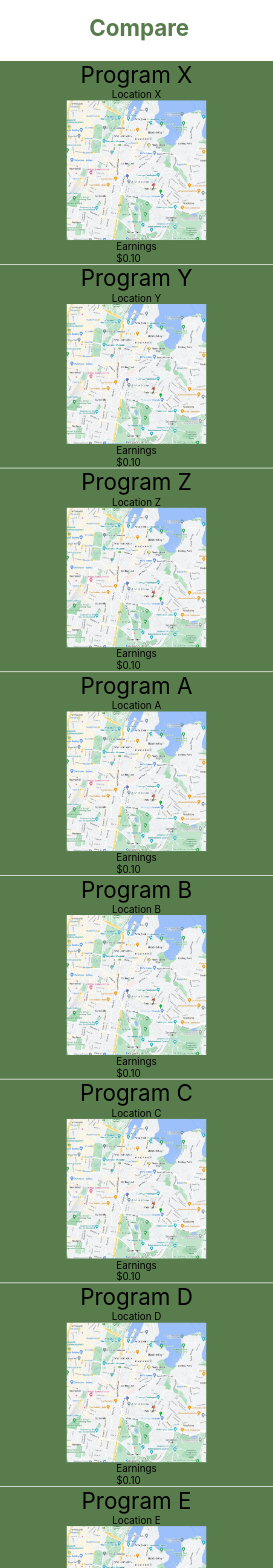
Repository: ct-pham/COMP4511
Screen: / (app in comp4511/)
The author's editor kept a copy of each file at every save. The screen is drawn from the files as they stood at one save, then again after the next save.
The pictures show rows 0 to 2240 of an output 2678 px tall, at 70% of full size.
The app was drawn by React Native's web renderer in a window 390 px wide. The project was rebuilt for these pictures with package versions that can differ from the ones it lists, and the page was loaded fresh each time. Also part of the build but not shown: comp4511/Components/Homepage.js, comp4511/Components/AllEarnings.js, comp4511/Components/ProgramEarnings.js, comp4511/Components/Register.js, comp4511/Components/Login.js.

Above is the screen before, as saved 2022-11-09 19:22:05.

### comp4511/App.js
import React, {useState} from 'react';
import { StatusBar } from 'expo-status-bar';
import { StyleSheet, Text, View } from 'react-native';
import { NavigationContainer } from '@react-navigation/native';
import { createNativeStackNavigator } from '@react-navigation/native-stack';
import Homepage from './Components/Homepage';
import AllEarnings from './Components/AllEarnings';
import ProgramEarnings from './Components/ProgramEarnings';
import Register from './Components/Register';
import Login from './Components/Login';
import Compare from './Components/compareProgram/Compare';

const Stack = createNativeStackNavigator();


export default function App() {
  return (
    // <NavigationContainer>
    //   <Stack.Navigator>
    //     <Stack.Screen name="Register" component={Register} />
    //     <Stack.Screen name="Login" component={Login} />
    //     <Stack.Screen name="Home" component={Homepage}/>
    //     <Stack.Screen name="AllEarnings" component={AllEarnings}/>
    //     <Stack.Screen name="ProgramEarnings" component={ProgramEarnings}/>
    //   </Stack.Navigator>
    // </NavigationContainer>
    <Compare/>
  );
}

### comp4511/Components/compareProgram/Compare.js
import {
    StyleSheet,
    Text,
    SafeAreaView,
    statusBar,
    FlatList,
    View,
} from 'react-native';
import Items from './Items';

import ProgramDetails from './ProgramDetails';

export default function Compare() {
    return (
        <SafeAreaView style={styles.container}>
            <View style = {styles.titleContainer}>
                <Text style = {styles.title}> Compare</Text>
            </View>
            <FlatList
                data = {ProgramDetails}
                renderItem={({ item }) => <Items item = {item} />}
                showsVerticalScrollIndicator

            />
        </SafeAreaView>
    );
}

const styles = StyleSheet.create({
    titleContainer: {
        marginTop: 20,
        height: '2.5%',

    },
    title: {
        fontSize: 32,
        color: '#587C4B',
        fontWeight: 'bold',
        textAlign: 'center',
    }
});

### comp4511/Components/compareProgram/Items.js
import {
    View,
    Text,
    StyleSheet,
    Image,
    useWindowDimensions,
    TouchableOpacity,
    StatusBar,
} from 'react-native';
import { useState } from 'react';


export default function Items ({item}) {

    const { width } = useWindowDimensions();
    return (
        <View style={ styles.container}>

            <View style = {[styles.programContainer, {width}]}>
                <Text style = {styles.title}>{item.title}</Text>
                <Text style = {styles.location}>{item.location}</Text>

                <Image
                    source = {item.image}
                    style = {styles.image}
                />
                <View>
                    <Text style = {styles.Earnings}>{item.Earning}</Text>
                    <Text style = {styles.Total}>{item.Total}</Text>

                </View>
            </View>

        </View>
    )
}

const styles = StyleSheet.create({
    container: {
        flex: 1,
        marginTop: StatusBar.currentHeight || 0,


      },
    item: {
        padding: 20,
        marginVertical: 8,
        marginHorizontal: 16,
      },
    title: {
        fontSize: 32,
      },
    programContainer: {
        backgroundColor: '#587C4B',
        alignItems: 'center',
        marginBottom: 1,
    },
    image: {
        width: 200,
        height: 200,
    }

});

### comp4511/Components/compareProgram/ProgramDetails.js
export default [
    {
        id: '1',
        title: 'Program X',
        location: 'Location X',
        Earning: 'Earnings',
        Total: '$0.10',
        image: require('./map.jpg'),

    },
    {
        id: '2',
        title: 'Program Y',
        location: 'Location Y',
        Earning: 'Earnings',
        Total: '$0.10',
        image: require('./map.jpg'),

    },
    {
        id: '3',
        title: 'Program Z',
        location: 'Location Z',
        Earning: 'Earnings',
        Total: '$0.10',
        image: require('./map.jpg'),

    },
    {
        id: '4',
        title: 'Program A',
        location: 'Location A',
        Earning: 'Earnings',
        Total: '$0.10',
        image: require('./map.jpg'),

    },
    {
        id: '5',
        title: 'Program B',
        location: 'Location B',
        Earning: 'Earnings',
        Total: '$0.10',

        image: require('./map.jpg'),
    },
    {
        id: '6',
        title: 'Program C',
        location: 'Location C',
        Earning: 'Earnings',
        Total: '$0.10',
        image: require('./map.jpg'),
    },
    {
        id: '7',
        title: 'Program D',
        location: 'Location D',
        Earning: 'Earnings',
        Total: '$0.10',
        image: require('./map.jpg'),
    },
    {
        id: '8',
        title: 'Program E',
        location: 'Location E',
        Earning: 'Earnings',
        Total: '$0.10',
        image: require('./map.jpg'),
    },
    {
        id: '9',
        title: 'Program F',
        location: 'Location F',
        Earning: 'Earnings',
        Total: '$0.10',
        image: require('./map.jpg'),
    },


]

After the next save:
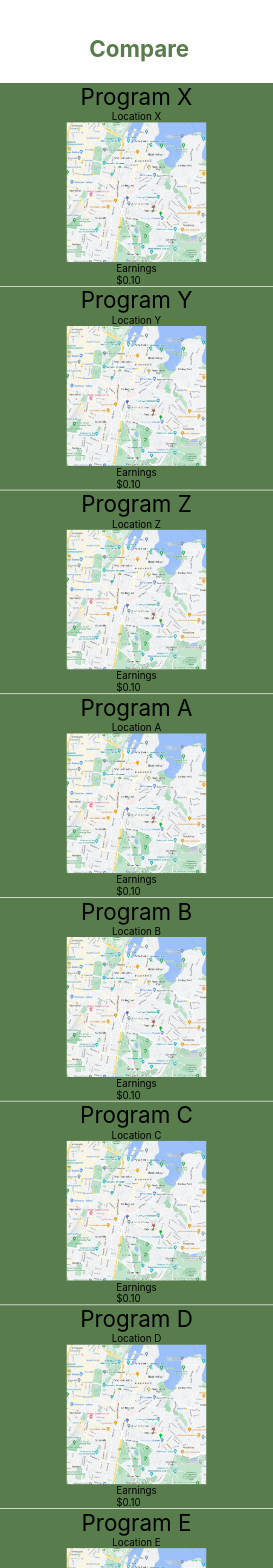
Saved 5 s later.
--- a/comp4511/Components/compareProgram/Compare.js
+++ b/comp4511/Components/compareProgram/Compare.js
@@ -28,7 +28,7 @@ export default function Compare() {
 
 const styles = StyleSheet.create({
     titleContainer: {
-        marginTop: 20,
+        marginTop: 50,
         height: '2.5%',
 
     },
